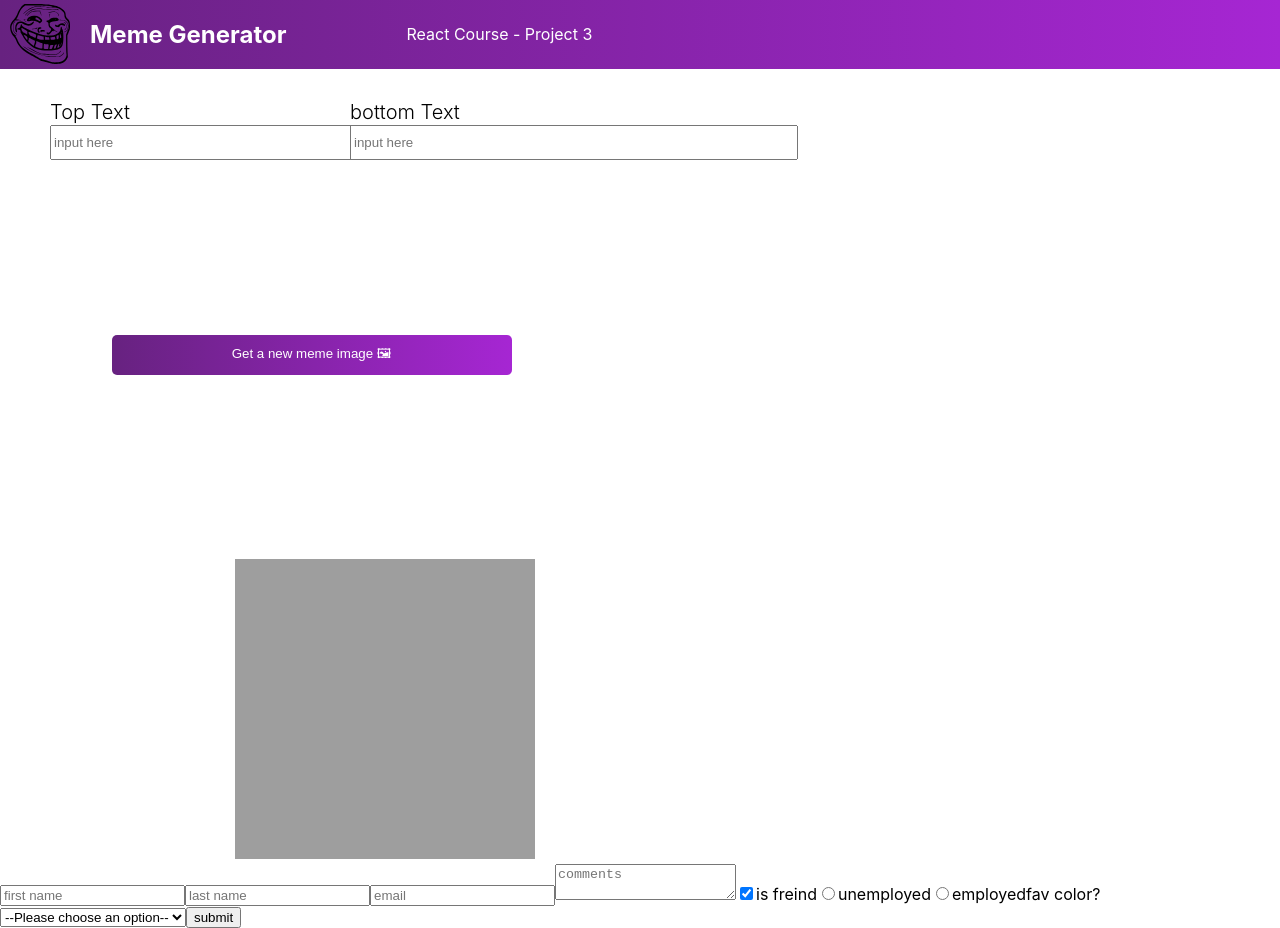
Repository: mortiestmorty1/meme-generator-react
Page: /
An editor plug-in stored every save of this project. The page is shown before and after a run of saves, followed by the edit.
The browser window is 1280 px wide. The pictures show the whole page.
Pictures or frames that could not be fetched are drawn as grey boxes. The project was rebuilt for these pictures with package versions that can differ from the ones it lists, and the page was loaded fresh each time. Also part of the build but not shown: src/components/box.js.

Above is the page before, as saved 2024-01-20 21:51:38.

### src/index.js
import React from 'react';
import ReactDOM from 'react-dom/client';
import './index.css';
import App from './App';
import reportWebVitals from './reportWebVitals';

const root = ReactDOM.createRoot(document.getElementById('root'));
root.render(
  <React.StrictMode>
    <App darkMode={false}/>
  </React.StrictMode>
);

// If you want to start measuring performance in your app, pass a function
// to log results (for example: reportWebVitals(console.log))
// or send to an analytics endpoint. Learn more: https://bit.ly/CRA-vitals
reportWebVitals();

### src/index.css
body {
  margin: 0;
  font-family: -apple-system, BlinkMacSystemFont, 'Segoe UI', 'Roboto', 'Oxygen',
    'Ubuntu', 'Cantarell', 'Fira Sans', 'Droid Sans', 'Helvetica Neue',
    sans-serif;
  -webkit-font-smoothing: antialiased;
  -moz-osx-font-smoothing: grayscale;
}

code {
  font-family: source-code-pro, Menlo, Monaco, Consolas, 'Courier New',
    monospace;
}
* {
  box-sizing: border-box;
  }

### src/App.js

import './App.css';
import React from "react";
import Navbar from "./components/Navbar";
import Inputs from "./components/inputs";
import { useState } from 'react';
import boxes from "./components/boxes";
import Box from "./components/box";

function App(props) {
 const [name , setname] = useState({
  firstname : "",
  lastname : "",
  email: "",
  comments: "",
  isfreind: true,
  employement: "",
  favcolor: ""
})

function handleChange(event) {
  const {name , value , type , checked} = event.target
  setname(prevname => ({
    ...prevname,
    [name]: type === "checkbox" ? checked : value
  }));
}
function handleSubmit(event) {
  event.preventDefault()
  console.log(name)
}

  return (
    <div className="App">
      <Navbar />
      <Inputs />
      <form onSubmit={handleSubmit}>
        <input
         type="text"
         placeholder="first name"
         onChange={handleChange}
          name="firstname"
          value={name.firstname}>
        </input>
      <input
      type="text"
      placeholder="last name"
      onChange={handleChange}
      name="lastname"
      value={name.lastname}>
      </input>
      <input
      type="email"
      placeholder="email"
      onChange={handleChange}
      name="email"
      value={name.email}>
      </input>
      <textarea
      value={name.comments}
      type="text"
      placeholder="comments"
      onChange={handleChange}
      name="comments">
      </textarea>
      <input
      type="checkbox"
       id='isfreind'
       checked={name.isfreind}
       onChange={handleChange}
       name="isfreind">
      </input>
      <label htmlFor="isfreind">is freind</label>
      <input
      type="radio"
      id='unemployed'
      name="employement"
      value="unemployed"
      onChange={handleChange}
      checked={name.employement === "unemployed"}
      />
      <label htmlFor="unemployed">unemployed</label>
      <input
      type="radio"
      id='employed'
      name="employement"
      value="employed"
      onChange={handleChange}
      checked={name.employement === "employed"}
      />
      <label htmlFor="employed">employed</label>
      <label htmlFor='favcolor'>fav color?</label>
      <select
      id="favcolor"
      value={name.favcolor}
      onChange={handleChange}
      name='favcolor'>
        <option value="">--Please choose an option--</option>
        <option value="red">red</option>
        <option value="blue">blue</option>
        <option value="green">green</option>
        <option value="yellow">yellow</option>
      </select>
      <button >submit</button>
      </form>
    </div>
  );
}

export default App;

### src/App.css
.nav-container {
  display: flex;
  justify-content: space-between;
  align-items: center;
  background: linear-gradient(to right, #672280,#A626D3);
  }
  .image{
    width: 60px;
    height: 60px;
    margin-left: 10px;
  }
  .navbar{
    display: flex;
    justify-content: space-around;
    align-items: center;
    margin-right: 10px;
    color: white;
  }
  .navbar h1{
    margin-right: 20px;
    margin-left: 20px;
  }
  .info{
    margin-left: 100px;
  }
  .inputs-container{
    margin-left: 50px;
    margin-top: 20px;
    font-size: 20px;
    font-weight: 300;
  }
  .top{
    position: absolute;
    top: 100px;
  }
  .bottom{
    position: absolute;
    margin-left: 300px;
    top: 100px;
  }
  .topinput{
    position: absolute;
    top: 125px;
    height: 35px;
    width: 35%;
  }
  .bottominput{
    position: absolute;
    top: 125px;
    margin-left: 300px;
    height: 35px;
    width: 35%;
  }
  .generate{
    margin-left: 5%;
    margin-top: 20%;
    background: linear-gradient(to right, #672280,#A626D3);
    color: white;
    border: none;
    border-radius: 5px;
    width: 400px;
    height: 40px;
  }
  .memeimage{
    margin-left: 15%;
    margin-top: 15%;
    width: 300px;
    height: 300px;
  }
  .box{
    width: 100px;
    height: 100px;
    border: 1px solid black;
    display: inline-block;
    margin-right: 10px;
  }

### src/components/Navbar.js
import React from "react";
import Troll from "./Troll-Face.svg";
import "../App.css";
function Navbar(){
    return(
        <div className="nav-container">
            <nav className="navbar">
                <img src={Troll} className="image" alt="Troll Face" />
                <h1>Meme Generator</h1>
                <section className="info">
                    <p>React Course - Project 3</p>
                </section>
            </nav>
        </div>
    )
}

export default Navbar;

### src/components/inputs.js
import React from "react";
import "../App.css";
import Meme from "./meme.js";
import { useState } from "react";
function Inputs(){
    const [Allmemeimage , setAllmemeimage] = useState(Meme)
    const [newmeme , setNewmeme] = useState({
        topText:"",
        bottomText:"",
        memeimage:"https://png.pngtree.com/png-vector/20231222/ourlarge/pngtree-do-not-press-this-button-sign-vector-png-image_11376553.png"
    })
    function handleClick () {

        const memearray = Allmemeimage
        const random = Math.floor(Math.random() * memearray.length)
        const url = memearray[random].url
        setNewmeme(prevmeme =>({
            ...prevmeme,
            memeimage:url
        }))
    }
    return(
        <div className="inputs-container">
            <div className="inputs">
                <label className="top">Top Text</label>
                <input  className="topinput" type="text" placeholder="input here" />
                <label className="bottom">bottom Text</label>
                <input className="bottominput" type="text" placeholder="input here" />
                <button className="generate" onClick={handleClick}>Get a new meme image  🖼</button>
            </div>
            < img src={newmeme.memeimage} className="memeimage" alt="meme" />
        </div>
    )
}

export default Inputs;

### src/components/boxes.js
export default [
    {
        id:1,
        on : false
    }
    ,
    {
        id:2,
        on : true
    }
    ,
    {
        id:3,
        on : false
    }
    ,
    {
        id:4,
        on : true
    }
    ,
    {
        id:5,
        on : false
    }
    ,
    {
        id:6,
        on : true
    }
    ,
    {
        id:7,
        on : false
    }
    ,
    {
        id:8,
        on : true
    }
    ,
    {
        id:9,
        on : false
    }
    ,
    {
        id:10,
        on : true
    }
]

### src/components/meme.js

export default [
    {
        id: 1,
        name: "Drake",
        url: "https://i.imgflip.com/30b1gx.jpg",
        width: 1200,
        height: 1200
    },
    {
        id: 2,
        name: "Distracted Boyfriend",
        url: "https://i.imgflip.com/1ur9b0.jpg",
        width: 1200,
        height: 800
    },
    {
        id: 3,
        name: "Two Buttons",
        url: "https://i.imgflip.com/1g8my4.jpg",
        width: 600,
        height: 908
    },
    {
        id: 4,
        name: "Mocking Spongebob",
        url: "https://i.imgflip.com/1otk96.jpg",
        width: 502,
        height: 353
    },
    {
        id: 5,
        name: "Expanding Brain",
        url: "https://i.imgflip.com/1jwhww.jpg",
        width: 857,
        height: 1202
    },
    {
        id: 6,
        name: "Roll Safe Think About It",
        url: "https://i.imgflip.com/1h7in3.jpg",
        width: 600,
        height: 600
    },
    {
        id: 7,
        name: "Change My Mind",
        url: "https://i.imgflip.com/24y43o.jpg",
        width: 482,
        height: 361
    },
    {
        id: 8,
        name: "Is This A Pigeon",
        url: "https://i.imgflip.com/1o00in.jpg",
        width: 857,
        height: 1202
    },
    {
        id: 9,
        name: "Batman Slapping Robin",
        url: "https://i.imgflip.com/9ehk.jpg",
        width: 400,
        height: 387
    },
   {
        id: 10,
        name: "One Does Not Simply",
        url: "https://i.imgflip.com/1bij.jpg",
        width: 568,
        height: 335
    },
    {
        id: 11,
        name: "Philosoraptor",
        url: "https://i.imgflip.com/1bgs.jpg",
        width: 400,
        height: 400
    },
    {
        id: 12,
        name: "Waiting Skeleton",
        url: "https://i.imgflip.com/2fm6x.jpg",
        width: 500,
        height: 500
    },
    {
        id: 13,
        name: "X, X Everywhere",
        url: "https://i.imgflip.com/1ihzfe.jpg",
        width: 500,
        height: 610
    },
    {
        id: 14,
        name: "Futurama Fry",
        url: "https://i.imgflip.com/1bgw.jpg",
        width: 553,
        height: 439
    },
    {
        id: 15,
        name: "Ancient Aliens",
        url: "https://i.imgflip.com/26am.jpg",
        width: 500,
        height: 437
    },
    {
        id: 16,
        name: "That Would Be Great",
        url: "https://i.imgflip.com/1bh8.jpg",
        width: 500,
        height: 500
    },
    {
        id: 17,
        name: "Unsettled Tom",
        url: "https://i.imgflip.com/2wifvo.jpg",
        "width": 500,
        "height": 654
    },
    {
        id : 18,
        name: "Boardroom Meeting Suggestion",
        url: "https://i.imgflip.com/m78d.jpg",
        width: 625,
        height: 415
    },
]

Loaded but not shown: public/index.html (common file); src/reportWebVitals.js (common file)

After the next 2 saves:
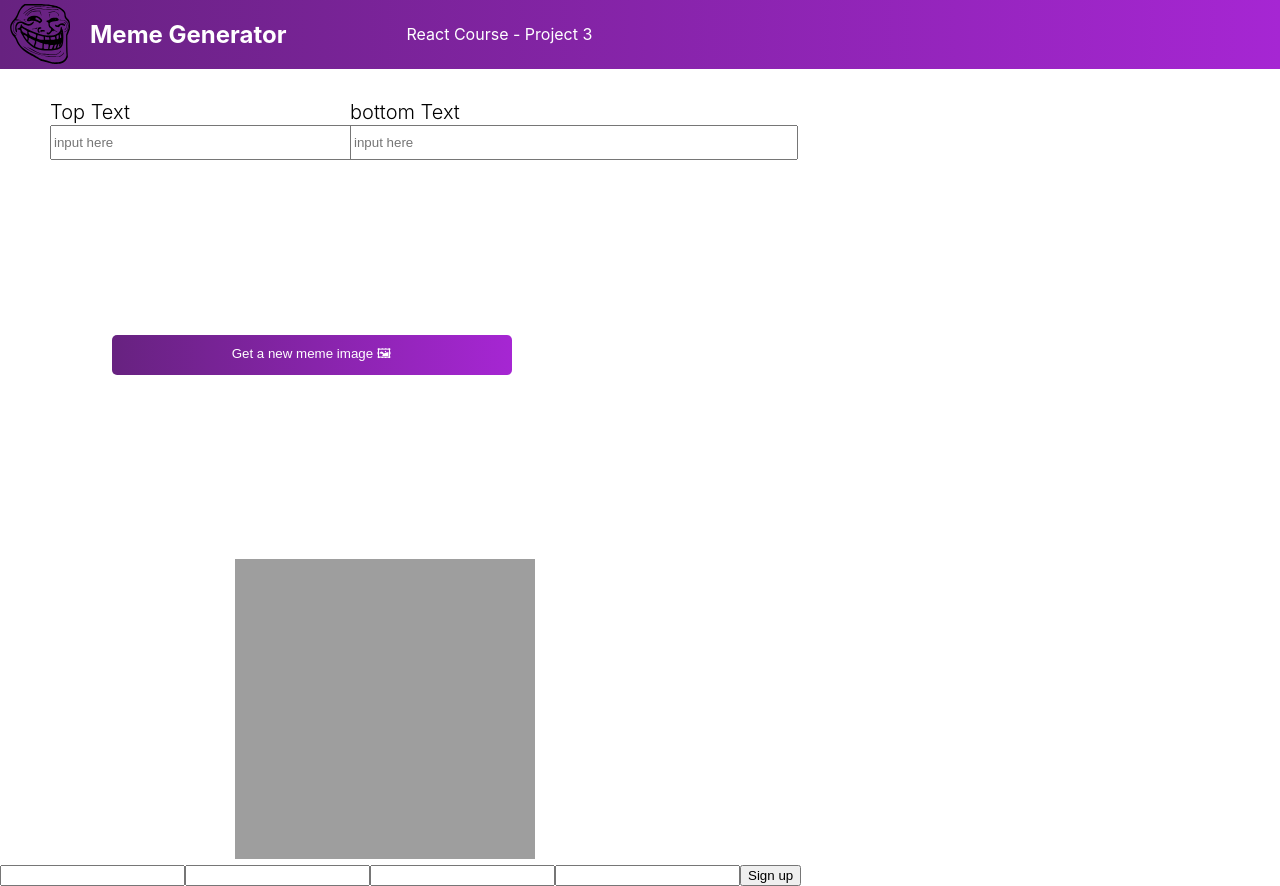
The 2 saves are shown as one change because 1 did not build or start.
The last was saved 9 min 16 s later.
--- a/src/App.js
+++ b/src/App.js
@@ -9,14 +9,11 @@ import Box from "./components/box";
 
 function App(props) {
  const [name , setname] = useState({
-  firstname : "",
-  lastname : "",
-  email: "",
-  comments: "",
-  isfreind: true,
-  employement: "",
-  favcolor: ""
-})
+ email:"",
+  password:"",
+  confirm:"",
+  newsletter:false
+  })
 
 function handleChange(event) {
   const {name , value , type , checked} = event.target
@@ -34,75 +31,16 @@ function handleSubmit(event) {
     <div className="App">
       <Navbar />
       <Inputs />
-      <form onSubmit={handleSubmit}>
-        <input
-         type="text"
-         placeholder="first name"
-         onChange={handleChange}
-          name="firstname"
-          value={name.firstname}>
-        </input>
+     <form>
       <input
-      type="text"
-      placeholder="last name"
-      onChange={handleChange}
-      name="lastname"
-      value={name.lastname}>
-      </input>
-      <input
-      type="email"
-      placeholder="email"
-      onChange={handleChange}
-      name="email"
-      value={name.email}>
-      </input>
-      <textarea
-      value={name.comments}
-      type="text"
-      placeholder="comments"
-      onChange={handleChange}
-      name="comments">
-      </textarea>
-      <input
-      type="checkbox"
-       id='isfreind'
-       checked={name.isfreind}
-       onChange={handleChange}
-       name="isfreind">
-      </input>
-      <label htmlFor="isfreind">is freind</label>
-      <input
-      type="radio"
-      id='unemployed'
-      name="employement"
-      value="unemployed"
-      onChange={handleChange}
-      checked={name.employement === "unemployed"}
-      />
-      <label htmlFor="unemployed">unemployed</label>
-      <input
-      type="radio"
-      id='employed'
-      name="employement"
-      value="employed"
-      onChange={handleChange}
-      checked={name.employement === "employed"}
-      />
-      <label htmlFor="employed">employed</label>
-      <label htmlFor='favcolor'>fav color?</label>
-      <select
-      id="favcolor"
-      value={name.favcolor}
-      onChange={handleChange}
-      name='favcolor'>
-        <option value="">--Please choose an option--</option>
-        <option value="red">red</option>
-        <option value="blue">blue</option>
-        <option value="green">green</option>
-        <option value="yellow">yellow</option>
-      </select>
-      <button >submit</button>
-      </form>
+      type='email'
+      name=''
+      ></input>
+      <input></input>
+      <input></input>
+      <input></input>
+      <button>Sign up</button>
+     </form>
     </div>
   );
 }
